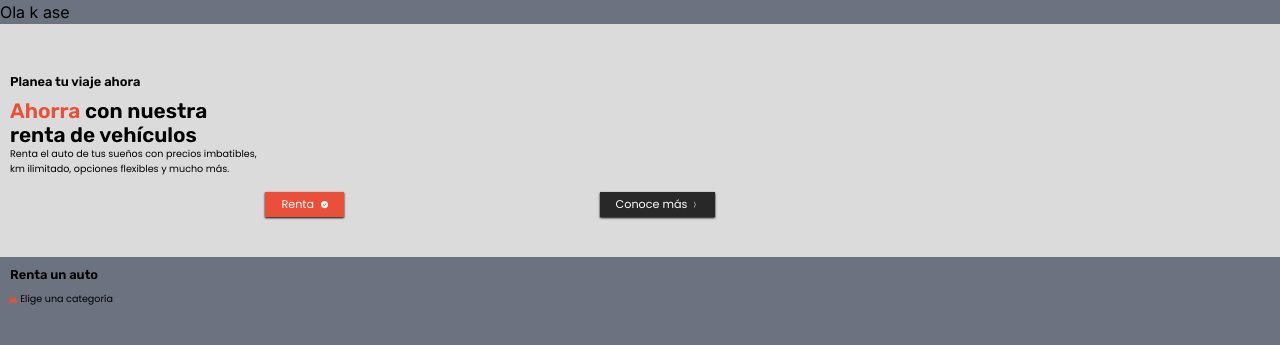
Repository: aldovelacasas/PF_RentCar2
Page: /homePage
The author's editor kept a copy of each file at every save. The page is drawn from the files as they stood at one save, then again after the next save.
The browser window is 1280 px wide. The pictures show the whole page.
The project was rebuilt for these pictures with package versions that can differ from the ones it lists, and the page was loaded fresh each time. Some packages were replaced by stand-ins written for this rebuild. The framework's server and built-in components were replaced by stand-ins that run in the browser. Also part of the build but not shown: next.config.js.

Above is the page before, as saved 2023-08-29 19:50:17.

### src/app/layout.jsx
import "./globals.css";
import { Inter } from "next/font/google";

const inter = Inter({ subsets: ["latin"] });

export const metadata = {
  title: "Create Next App",
  description: "Generated by create next app",
};

export default function RootLayout({ children }) {
  return (
    <html lang="en">
      <body className={inter.className}>
        <h1>Ola k ase</h1>
        <div className="h-[calc(100vh-5rem)]">{children}</div>
      </body>
    </html>
  );
}

### src/app/homePage/page.jsx
import { Rubik, Poppins } from "next/font/google";
import { BsChevronCompactRight, BsCheckCircleFill } from "react-icons/bs";
import { BiSolidCar } from "react-icons/bi";

const fontRubik = Rubik({
  weight: "600",
  subsets: ["latin"],
});

const fontPoppins = Poppins({
  weight: "400",
  subsets: ["latin"],
});
const poppins = fontPoppins.className;
const rubik = fontRubik.className;

function HomePage() {
  return (
    <>
      <header className={`bg-gris_fondo ${rubik} space-y-0 space-x-2.5`}>
        <p className={`pt-12 ml-2.5 text-[0.8em] mb-2`}>
          Planea tu viaje ahora
        </p>
        <p className="text-[1.3em]  leading-6">
          <span className="text-naranja_enf">Ahorra </span>
          con nuestra
        </p>
        <p className="text-[1.3em] leading-6">renta de vehículos</p>
        <p className={`${poppins} text-[0.6em] mt-2`}>
          Renta el auto de tus sueños con precios imbatibles,
        </p>
        <p className={`${poppins} text-[0.6em] pb-4`}>
          km ilimitado, opciones flexibles y mucho más.
        </p>
        <div className="flex place-content-evenly w-3/4 mt-3 pb-10">
          <button
            className={`bg-naranja_enf text-white text-[0.7em] px-4 py-1 ${poppins} shadow-sm shadow-black hover:shadow-md hover:shadow-black active:shadow-inner active:shadow-black`}>
            Renta <BsCheckCircleFill className="inline pl-1" />
          </button>
          <button
            className={`bg-negro_fondo text-white text-[0.7em] px-4 py-1 ${poppins} shadow-sm shadow-black hover:shadow-md hover:shadow-black active:shadow-inner active:shadow-black`}>
            Conoce más
            <BsChevronCompactRight className="inline pl-1 stroke-slate-100 pr-0 mr-0" />
          </button>
        </div>
      </header>
      <form className={`${poppins} text-[0.6em]`}>
        <p className={`mt-2 ml-2.5 text-[0.8rem] ${rubik} mb-2`}>
          Renta un auto
        </p>
        <label htmlFor="categoria" className="ml-2">
          <BiSolidCar className="inline text-naranja_enf" /> Elige una categoría
        </label>
      </form>
    </>
  );
}

export default HomePage;

### src/app/api/products/[id]/route.js
import { NextResponse } from "next/server";
import {conn} from "@/libs/mysql"

export async function GET(request,{params}){
  try {
    const result = await conn.query("SELECT * FROM product WHERE id = ?", [params.id])
    if(result.length === 0 ){
        return NextResponse.json(
         {
            message: "producto no encontrado",
         },
         {
            status:404,
         }
        );
    }
    return NextResponse.json(result[0])
  } catch (error) {
    return NextResponse.json(
        {
            message:error.message,
        },
        {status: 500}
    )
  }
}

export async function DELETE (request,{params} ){
    try {
     const result = await conn.query("DELETE FROM product WHERE id = ?", [params.id]);
     if(result.affectedRows === 0){
         return NextResponse.json({message:"Producto no encontrado"},{status:404})
     }

     return new Response (null, {status: 204})
 } catch (error) {
     return NextResponse.json({message:error.message},{status:500})
 }
    }

export async  function PUT(request, {params}){
   try {
    const data = await request.json()
    const result = await conn.query("UPDATE product SET ? WHERE id = ?", [data , params.id])

    if (result.affectedRows === 0) {
        return NextResponse.json(
        {
            message: "producto no encontrado",
        },
        {
            status: 400,
        }
        )
    }
     const updateProduct = await conn.query("SELECT * FROM product WHERE id = ?", [params.id])

  return NextResponse.json(updateProduct[0])

   } catch (error) {
    return NextResponse.json(
        {
            message: error.message,
        },
        { status: 500}
    )
   }
}

### src/app/api/products/route.js
import { NextResponse } from "next/server";
import {conn} from "@/libs/mysql";

export async function GET(){
    try {
        const results = await conn.query("SELECT * FROM product");
        return NextResponse.json(results)

    } catch (error) {
        return NextResponse.json(
        {
          message: error.message,
        },
        {
            status:500,
        }

        );
    }
}

    export async function POST (request) {
  try {
    const {name, price, year, model, capacity, type, description, image, transmission,  }= await request.json();

    const result  = await conn.query("INSERT INTO product SET ?", {
        name,
        price,
        year,
        model,
        capacity,
        type,
        transmission,
        image,
        description

    })

    return NextResponse.json({
        name,
        price,
        year,
        model,
        capacity,
        type,
        transmission,
        image,
        description,
        id: result.insertId,

    })

  } catch (error) {
    console.log(error);
    return NextResponse.json(
    {
        message: error.message,
    },
    {
        status:500,
    }
    );
  }

}

### src/app/globals.css
@tailwind base;
@tailwind components;
@tailwind utilities;

body {
   @apply bg-gray-500; /* Fondo más claro */
   color: gray-800; /* Texto oscuro */
}

### tailwind.config.js
/** @type {import('tailwindcss').Config} */
module.exports = {
  content: [
    "./src/pages/**/*.{js,ts,jsx,tsx,mdx}",
    "./src/components/**/*.{js,ts,jsx,tsx,mdx}",
    "./src/app/**/*.{js,ts,jsx,tsx,mdx}",
  ],
  theme: {
    extend: {
      backgroundImage: {
        "gradient-radial": "radial-gradient(var(--tw-gradient-stops))",
        "gradient-conic":
          "conic-gradient(from 180deg at 50% 50%, var(--tw-gradient-stops))",
      },
      colors: {
        gris_fondo: "#dbdbdb",
        gris_frente: "#e9e9e9",
        negro_fondo: "#282828",
        naranja_enf: "#ea4f39",
        rojo_status: "#e30613",
        verde_status: "#4aaf4d",
        amarillo_status: "#f0e400",
      },
    },
  },
  plugins: [],
};

Loaded but not shown: src/app/api/bookings/[id]/route.js (no copy from this time; the picture is the same without it); src/app/api/bookings/route.js (no copy from this time; the picture is the same without it); src/app/api/create-payment-intent/route.js (no copy from this time; the picture is the same without it); src/app/api/post/[id]/route.js (no copy from this time; the picture is the same without it); src/app/api/post/route.js (no copy from this time; the picture is the same without it); src/app/api/users/[id]/route.js (no copy from this time; the picture is the same without it); src/app/api/users/route.js (no copy from this time; the picture is the same without it)

After the next save:
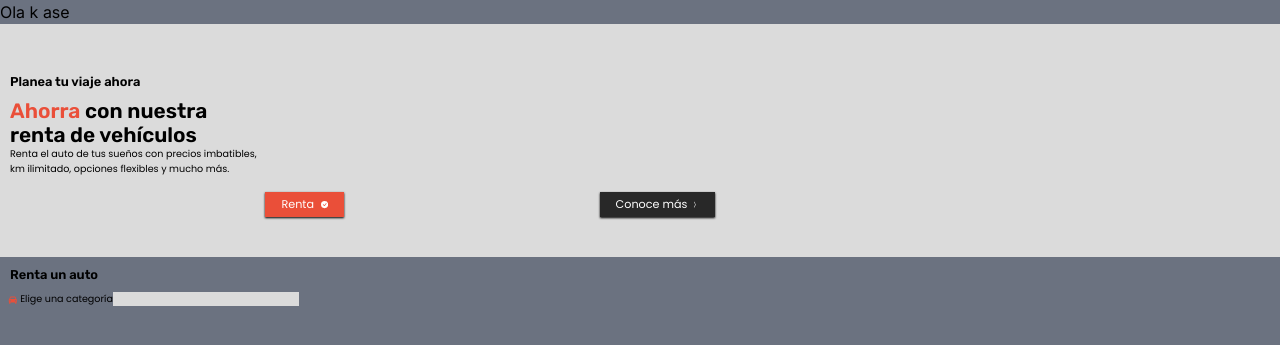
Saved 57 s later.
--- a/src/app/homePage/page.jsx
+++ b/src/app/homePage/page.jsx
@@ -51,6 +51,7 @@ function HomePage() {
         <label htmlFor="categoria" className="ml-2">
           <BiSolidCar className="inline text-naranja_enf" /> Elige una categoría
         </label>
+        <input className="bg-gris_fondo" name="categoría" />
       </form>
     </>
   );
